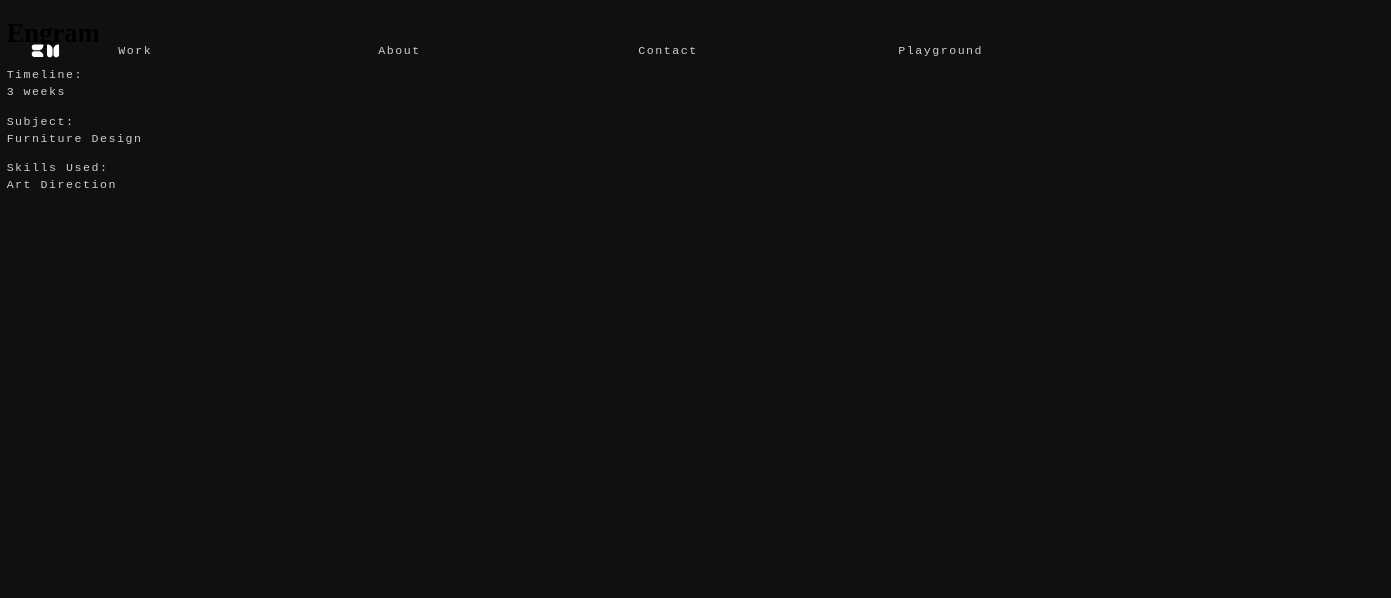
Repository: theethanwright/ethan_wright_portfolio
Page: work/work.html
The author's editor kept a copy of each file at every save. The page is drawn from the files as they stood at one save, then again after the next save.
The browser window is 1280 px wide. The page is 1303 px wide, then 1676 px, so the pictures cover 1676 px, including what lies to the right of the window. The pictures show the whole page, at 83% of full size.

Above is the page before, as saved 2023-12-25 21:36:57.

### work/work.html
<!DOCTYPE html>
<html lang="en">
<head>
    <meta charset="UTF-8">
    <meta name="viewport" content="width=device-width, initial-scale=1.0">
    <script defer src="https://cdnjs.cloudflare.com/ajax/libs/matter-js/0.19.0/matter.min.js"></script>
    <script defer src="app.js"></script>
    <link rel="stylesheet" href="main.css">
    <link rel="stylesheet" href="layouts.css">
    <title>Home</title>
</head>
<body>
    <div class="navbar">
        <div class="logo">
            <svg xmlns="http://www.w3.org/2000/svg" width="16" height="17" viewBox="0 0 16 17" fill="none">
                <path d="M14.3673 0H3.61693C1.61938 0 0 1.6756 0 3.74249C0 5.80938 1.61938 7.48498 3.61693 7.48498H9.1428C12.5831 7.48498 15.372 4.59931 15.372 1.03958C15.372 0.46542 14.9221 0 14.3673 0Z" fill="white"/>
                <path d="M9.1428 8.72827H3.61693C1.61938 8.72827 0 10.4039 0 12.4708C0 14.5377 1.61938 16.2133 3.61693 16.2133H14.3673C14.9221 16.2133 15.372 15.7478 15.372 15.1737C15.372 11.6139 12.5831 8.72827 9.1428 8.72827Z" fill="white"/>
            </svg>
            <svg xmlns="http://www.w3.org/2000/svg" width="17" height="17" viewBox="0 0 17 17" fill="none">
                <path d="M1.63275 0C1.07786 0 0.628052 0.46542 0.628052 1.03958V12.8729C0.628052 14.9398 2.24743 16.6154 4.24498 16.6154C6.24253 16.6154 7.86191 14.9398 7.86191 12.8729V6.4454C7.86191 2.88567 5.07306 0 1.63275 0Z" fill="white"/>
                <path d="M15.2936 0C11.8532 0 9.06439 2.88567 9.06439 6.4454V12.8729C9.06439 14.9398 10.6838 16.6154 12.6813 16.6154C14.6789 16.6154 16.2983 14.9398 16.2983 12.8729V1.03958C16.2983 0.46542 15.8484 0 15.2936 0Z" fill="white"/>
            </svg>
        </div>
        <p>Work</p>
        <p>About</p>
        <p>Contact</p>
        <p>Playground</p>
        <a href="javascript:void(0);" class="icon" onclick="myFunction()">
            <i class="hamburger"><svg xmlns="http://www.w3.org/2000/svg" width="24" height="24" viewBox="0 0 24 24" fill="none">
                <rect y="2.26416" width="24" height="3.16981" fill="white"/>
                <rect y="17.6604" width="24" height="3.16981" fill="white"/>
                <rect x="1.81133" y="9.96225" width="22.1887" height="3.16981" fill="white"/>
              </svg></i>
        </a>
    </div>
    <div class="wrapper-project">
        <h1>Engram</h1>
        <p>Timeline:<br>3 weeks</p>
        <p>Subject:<br>Furniture Design</p>
        <p>Skills Used:<br>Art Direction</p>
    </div>
</body>
</html>

### work/main.css
@font-face {
    font-family: "Nohemi";
    src: url(public/fonts/Nohemi-Medium.woff2);
  }

@import url('https://fonts.googleapis.com/css2?family=IBM+Plex+Mono&display=swap');

p {
    color: rgba(255, 255, 255, 0.80);
    font-family: 'IBM Plex Mono', monospace;
    font-size: 14px;
    font-style: normal;
    font-weight: 400;
    line-height: 150%; /* 21px */
    letter-spacing: 1.82px;
}

  body {
    display: block;
    overflow: scroll;
    background: #101010;
  }


.word {
    position: absolute;
    transform-origin: 50% 50%;
    cursor: grab;
    user-select: none;
    font-family: "Nohemi";
    color: #fff;
    font-size: 7.176vw;
    margin-right: 10px;
    line-height: auto;
  }

  .image {
    position: absolute;
    width: 200px;
    height: auto;
    cursor: grab;

    border-radius: 10px;
  }

### work/layouts.css
@media screen and (min-width: 905px) {
    .navbar {
        position: absolute;
        padding: 16px 30px;
        display: grid;
        margin: 0;
        grid-template-columns: repeat(12, 6.771vw);
        gap: 1.389vw;
    }

    .logo {
        grid-column-start: 1;
        display: flex;
        width: 34px;
        height: 16px;
        justify-content: center;
        align-items: center;
        gap: 3.256px;
        justify-self: start;
        align-self: center;
      }

      p:nth-child(2) {
        grid-column-start: 2;
        justify-self: start;
        align-self: center;
      }

      p:nth-child(3) {
        grid-column-start: 5;
        justify-self: start;
        align-self: center;
      }

      p:nth-child(4) {
        grid-column-start: 8;
        justify-self: start;
        align-self: center;
      }

      p:nth-child(5) {
        grid-column-start: 11;
        justify-self: start;
        align-self: center;
      }

      .intro {
        position: absolute;
        top: 77.798vh;
        left: 9.838vw;
        width: 328px;
      }

      .fun-fact {
        position: absolute;
        top: 77.798vh;
        left: 73.669vw;
        width: 143px;
        height: 42px;
      }

      .hamburger {
        display: none;
      }
}

@media screen and (max-width: 904px) {
    .navbar {
        position: absolute;
        padding: 16px 30px;
        display: grid;
        margin: 0;
        grid-template-columns: repeat(8, 8.833vw);
        gap: 2.667vw;
    }

    .logo {
        grid-column-start: 1;
        display: flex;
        width: 34px;
        height: 16px;
        justify-content: center;
        align-items: center;
        gap: 3.256px;
        justify-self: start;
        align-self: center;
      }

    .navbar p {
        display: none;
    }

    .icon {
        display: grid;
        grid-column-start: 8;
        justify-self: end;
        align-self: center;
    }
}

@media screen and (max-width: 600px) {
    .navbar {
        position: absolute;
        padding: 16px 16px;
        display: grid;
        margin: 0;
        grid-template-columns: repeat(4, 19.444vw);
        gap: 4.444vw;
    }

    .logo {
        grid-column-start: 1;
        display: flex;
        width: 34px;
        height: 16px;
        justify-content: center;
        align-items: center;
        gap: 3.256px;
        justify-self: start;
        align-self: center;
      }

    .navbar p {
        display: none;
    }

    .icon {
        display: grid;
        grid-column-start: 4;
        justify-self: end;
        align-self: center;
    }
}

Loaded but not shown: work/app.js (common file)

After the next save:
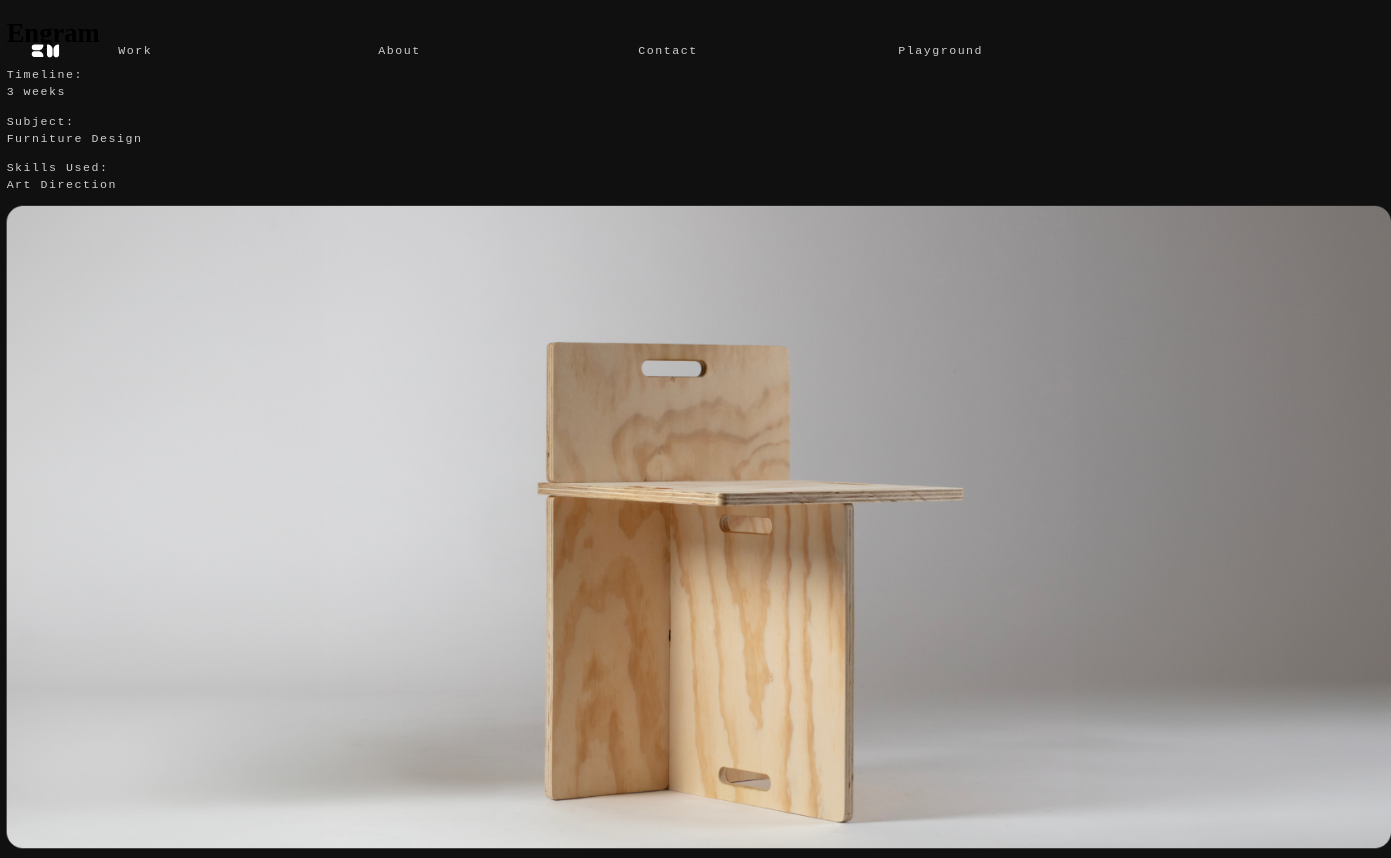
Saved 2 min 22 s later.
--- a/work/work.html
+++ b/work/work.html
@@ -38,6 +38,9 @@
         <p>Timeline:<br>3 weeks</p>
         <p>Subject:<br>Furniture Design</p>
         <p>Skills Used:<br>Art Direction</p>
+        <a href="">
+            <img src="public/images/1.jpg" alt="">
+        </a>
     </div>
 </body>
 </html>
